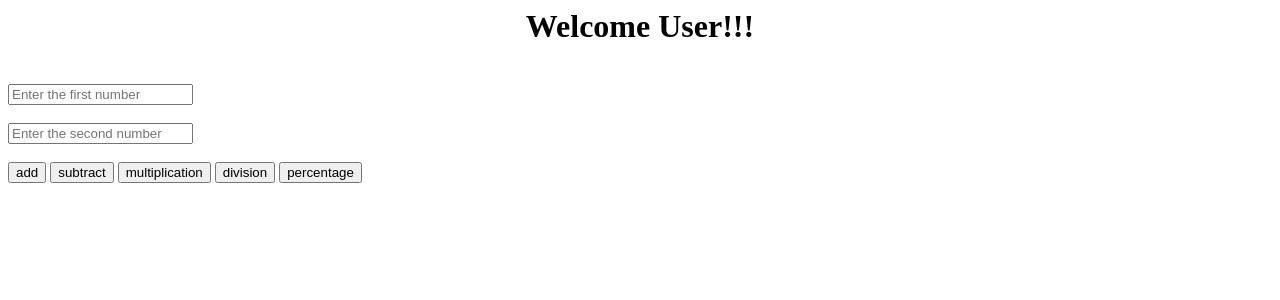
Repository: Rahul1488/servlets
Page: http://localhost/jspproject/
These files come from the project's save history. The page is drawn as it stood at one moment and after the next save; the edit follows.
The browser window is 1280 px wide. The pictures show the whole page.
The page is served by Tomcat 9.

Above is the page before, as saved 2021-12-31 05:52:01.

### jspproject/src/main/webapp/index.jsp
<html>
<body>

 <h1 align="center">Welcome User!!!</h1>
<form action="./number.jsp">
<br>
<input type="text" placeholder="Enter the first number" name="number1" >
<br>
<br>
<input type="text" placeholder="Enter the second number" name="number2">
<br>
<br>
<input type="submit" value="add">

<input type="submit" value="subtract">

<input type="submit" value="multiplication">

<input type="submit" value="division">

<input type="submit" value="percentage">
</form>
</body>
</html>

After the next save:
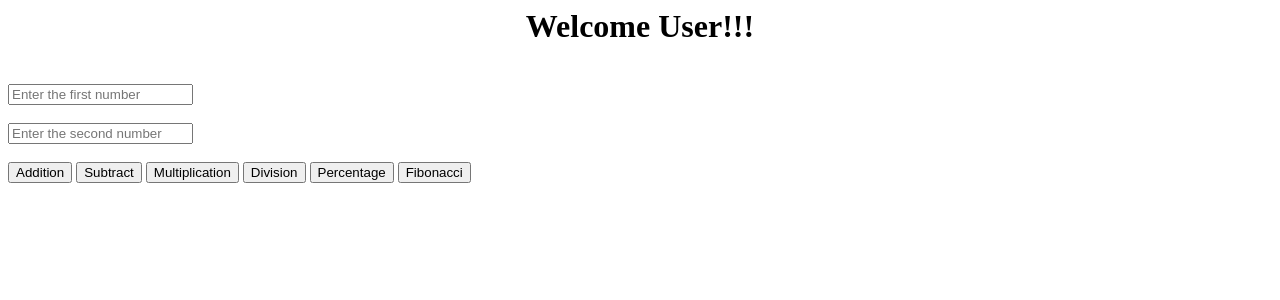
Saved 3 min 7 s later.
--- a/jspproject/src/main/webapp/index.jsp
+++ b/jspproject/src/main/webapp/index.jsp
@@ -10,15 +10,17 @@
 <input type="text" placeholder="Enter the second number" name="number2">
 <br>
 <br>
-<input type="submit" value="add">
+<input type="submit" value="Addition" name="add">
 
-<input type="submit" value="subtract">
+<input type="submit" value="Subtract" name="sub">
 
-<input type="submit" value="multiplication">
+<input type="submit" value="Multiplication"name="mul">
 
-<input type="submit" value="division">
+<input type="submit" value="Division" name="div">
 
-<input type="submit" value="percentage">
+<input type="submit" value="Percentage" name="per">
+
+<input type="submit" value="Fibonacci" name="fib">
 </form>
 </body>
 </html>
